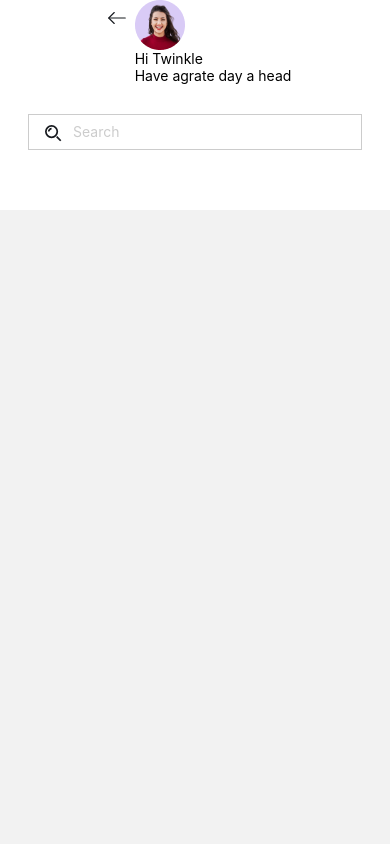
Repository: tungcutte35/TH_ReactNative_Tuan7
Screen: /Todos
These files come from the project's save history. The screen is drawn as it stood at one moment and after the next save; the edit follows.
The app was drawn by React Native's web renderer in a window 390 px wide. The project was rebuilt for these pictures with package versions that can differ from the ones it lists, and the page was loaded fresh each time.

Above is the screen before, as saved 2023-10-30 17:00:51.

### App.js
import { NavigationContainer } from "@react-navigation/native";
import { createNativeStackNavigator } from "@react-navigation/native-stack";

import { StatusBar } from "expo-status-bar";
import { StyleSheet, Text, View } from "react-native";
import Home from "./components/Home";
import Todos from "./components/Todos";

export default function App() {
  const Stack = createNativeStackNavigator();
  return (
    <NavigationContainer>
      <Stack.Navigator>
        <Stack.Screen
          name="Home"
          component={Home}
          options={{
            headerShown: false,
          }}
        />
        <Stack.Screen
          name="Todos"
          component={Todos}
          options={{
            headerShown: false,
          }}
        />
      </Stack.Navigator>
    </NavigationContainer>
  );
}

const styles = StyleSheet.create({
  container: {
    flex: 1,
    backgroundColor: "#fff",
    alignItems: "center",
    justifyContent: "center",
  },
});

### components/Home.js
import React from "react";
import {
  Image,
  Pressable,
  StyleSheet,
  Text,
  TextInput,
  View,
} from "react-native";
import { Img } from "../assets/img.png";
const Home = ({ navigation }) => {
  return (
    <View style={styles.container}>
      <View style={styles.img}>
        <Image style={styles.img} source={require("../assets/img.png")} />
      </View>
      <Text style={styles.text}> MANAGE YOUR TASK</Text>
      <View style={styles.viewInput}>
        <TextInput placeholder="Enter your name" style={styles.input} />
        <Image style={styles.img1} source={require("../assets/Frame.svg")} />
      </View>
      <Pressable
        style={styles.btn}
        onPress={() => navigation.navigate("Todos")}
      >
        <Text style={styles.text1}>GET STARTED</Text>
      </Pressable>
    </View>
  );
};

const styles = StyleSheet.create({
  container: {
    flex: 1,
    justifyContent: "center",
    alignItems: "center",
    backgroundColor: "#fff",
  },
  img: {
    marginBottom: 42,
    width: 271,
    height: 271,
  },
  img1: {
    width: 20,
    height: 20,
    position: "absolute",
    top: 9,
    left: 15,
  },
  text: {
    fontSize: 24,
    color: "rgba(131, 83, 226, 1)",
    fontWeight: 700,
    maxWidth: 200,
    textAlign: "center",
    marginBottom: 60,
  },
  viewInput: {
    marginHorizontal: 27,
    marginBottom: 60,
  },
  input: {
    paddingLeft: 44,
    paddingRight: 166,
    paddingTop: 8,
    paddingBottom: 9,
    border: "1px solid #ccc",
    color: "#ccc",
    width: 334,
  },
  btn: {
    backgroundColor: "rgba(0, 189, 214, 1)",
    paddingHorizontal: 30,
    paddingVertical: 9,
    borderRadius: 10,
  },
  text1: {
    color: "#fff",
    fontSize: 18,
  },
});
export default Home;

### components/Todos.js
import React from "react";
import { TextInput } from "react-native";
import { Image, StyleSheet, Text, View } from "react-native";

const Todos = () => {
  return (
    <View style={styles.container}>
      <View style={styles.view1}>
        <Image style={styles.img1} source={require("../assets/btnBack.svg")} />
        <View style={styles.viewbox}>
          <Image style={styles.img2} source={require("../assets/avt.png")} />

          <View style={styles.vText}>
            <Text style={styles.text1}>Hi Twinkle</Text>
            <Text style={styles.text2}>Have agrate day a head</Text>
          </View>
        </View>
      </View>
      <View style={styles.viewInput}>
        <TextInput placeholder="Search" style={styles.input} />
        <Image style={styles.img3} source={require("../assets/search.svg")} />
      </View>
    </View>
  );
};
const styles = StyleSheet.create({
  container: {
    // flex: 1,
    backgroundColor: "#fff",
    alignItems: "center",
    justifyContent: "center",
  },
  view1: {
    flexDirection: "row",
    marginBottom: 30,
  },
  img1: {
    width: 36,
    height: 36,
  },
  img2: {
    width: 50,
    height: 50,
  },
  img3: {
    width: 20,
    height: 20,
    position: "absolute",
    top: 9,
    left: 15,
  },

  viewInput: {
    marginHorizontal: 27,
    marginBottom: 60,
  },
  input: {
    paddingLeft: 44,
    paddingRight: 166,
    paddingTop: 8,
    paddingBottom: 9,
    border: "1px solid #ccc",
    color: "#ccc",
    width: 334,
  },
});
export default Todos;

After the next save:
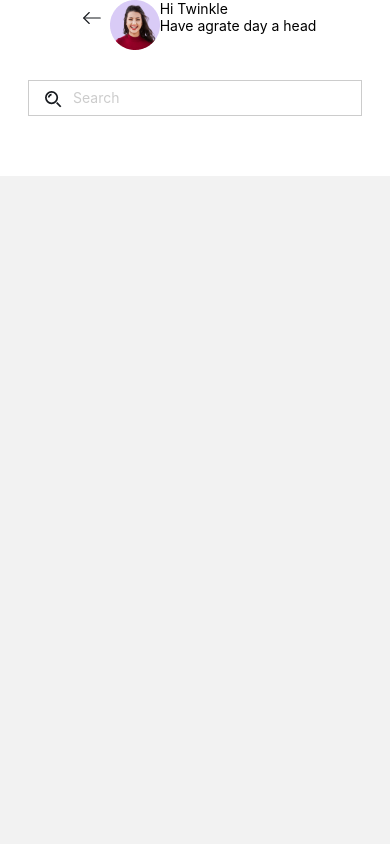
Saved 14 s later.
--- a/components/Todos.js
+++ b/components/Todos.js
@@ -34,6 +34,9 @@ const styles = StyleSheet.create({
     flexDirection: "row",
     marginBottom: 30,
   },
+  viewbox: {
+    flexDirection: "row",
+  },
   img1: {
     width: 36,
     height: 36,
